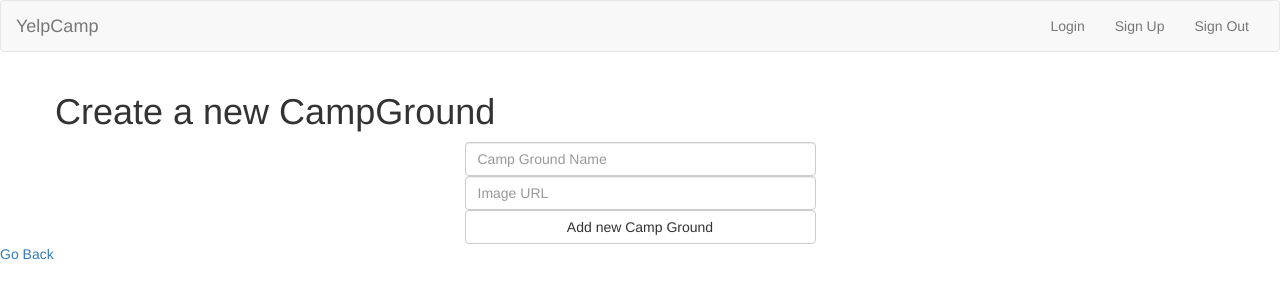
Repository: KMurphs/Tutorials
Page: YelpCamp/v1/views/newcampground.ejs
The author's editor kept a record of every edit. The page is drawn from the files as they stood at one moment, then again after the next edit.
The browser window is 1280 px wide. The pictures show the whole page.
The page is served by the project's Node server (YelpCamp/vtemplate/app.js). The template is opened directly, without the code that normally fills it, so the values that code supplies are empty.

Above is the page before.

### Web Development/Udemy - Boot Camp/Code/code/webdevebootcamp - backend/workspace/YelpCamp/v1/views/newcampground.ejs
<% include partials/header %>



<div class='container'>
	<div class='row'>
		<h1>Create a new CampGround</h1>
		<div style='width: 30%; margin: 0 auto;'>
			<form method="POST" action="/campgrounds" >
				<div class='from-group'>
					<input class='form-control' type="text" name="name" placeholder="Camp Ground Name">
				</div>
				<div class='from-group'>

				</div>
				<div class='from-group'>

				</div>

				<input class='form-control'type="text" name="image" placeholder="Image URL">
				<button class='btn btn-large btn-default btn-block'>Add new Camp Ground</button>
			</form>
		</div>
	</div>
</div>

<a href="/campgrounds">Go Back</a>
<% include partials/footer %>

### Web Development/Udemy - Boot Camp/Code/code/webdevebootcamp - backend/workspace/YelpCamp/v1/views/partials/header.ejs
<!DOCTYPE html>
<html>
<head>
	<title>The YelpCamp</title>
	<link rel="stylesheet" href="https://stackpath.bootstrapcdn.com/bootstrap/3.4.1/css/bootstrap.min.css" integrity="sha384-HSMxcRTRxnN+Bdg0JdbxYKrThecOKuH5zCYotlSAcp1+c8xmyTe9GYg1l9a69psu" crossorigin="anonymous">
</head>
<body>

<nav class="navbar navbar-default">
  <div class="container-fluid">
    <!-- Brand and toggle get grouped for better mobile display -->
    <div class="navbar-header">
      <a class="navbar-brand" href="/">YelpCamp</a>
    </div>

    <!-- Collect the nav links, forms, and other content for toggling -->
    <div class="collapse navbar-collapse" id="bs-example-navbar-collapse-1">

      <ul class="nav navbar-nav navbar-right">
        <li><a href="/">Login</a></li>
        <li><a href="/">Sign Up</a></li>
        <li><a href="/">Sign Out</a></li>
      </ul>
    </div><!-- /.navbar-collapse -->
  </div><!-- /.container-fluid -->
</nav>

### Web Development/Udemy - Boot Camp/Code/code/webdevebootcamp - backend/workspace/YelpCamp/v1/views/partials/footer.ejs
<!--<div>TradeMark YelpCamp 2019</div>-->
</body>
</html>

### Web Development/Udemy - Boot Camp/Code/code/webdevebootcamp - backend/workspace/YelpCamp/vtemplate/app.js
// Setting up the enviroment
var express = require("express");
var bodyParser = require("body-parser");
var request = require('request');
var helpDebug = true;

var app = express();
app.set('view engine', 'ejs');
app.use(express.static(__dirname + '/public'));
app.use(bodyParser.urlencoded({extended: true}));


//////////////Server Routes


//Home Page GET request route
app.get('/', function(req, res){
    if(helpDebug)console.log('A GET Request to the Home Page was just made to the server');
    res.render('home');
});


//Catch all route, default route for unhandled GET requests
app.get('*', function(req, res){
    if(helpDebug)console.log('An unhandled GET Request was just made to the server');
    res.render('default');
});



/////////////Starting the server
app.listen(process.env.PORT, process.env.IP, function(){
   console.log('YelpCamp Server has started!');
});

After the next edit:
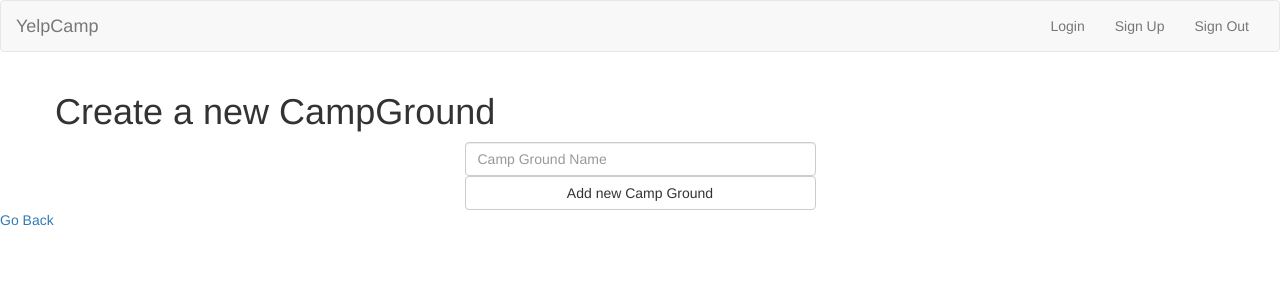
The edit:
--- a/Web Development/Udemy - Boot Camp/Code/code/webdevebootcamp - backend/workspace/YelpCamp/v1/views/newcampground.ejs
+++ b/Web Development/Udemy - Boot Camp/Code/code/webdevebootcamp - backend/workspace/YelpCamp/v1/views/newcampground.ejs
@@ -17,7 +17,7 @@
 
 				</div>
 
-				<input class='form-control'type="text" name="image" placeholder="Image URL">
+
 				<button class='btn btn-large btn-default btn-block'>Add new Camp Ground</button>
 			</form>
 		</div>

After the edit that followed:
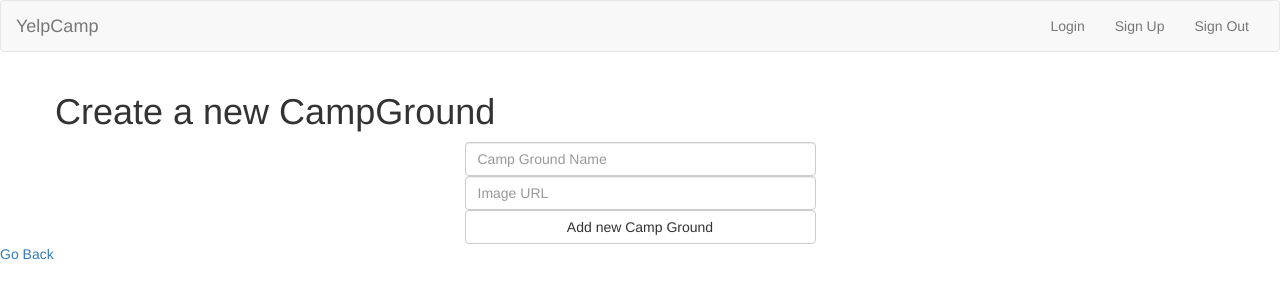
The edit:
--- a/Web Development/Udemy - Boot Camp/Code/code/webdevebootcamp - backend/workspace/YelpCamp/v1/views/newcampground.ejs
+++ b/Web Development/Udemy - Boot Camp/Code/code/webdevebootcamp - backend/workspace/YelpCamp/v1/views/newcampground.ejs
@@ -11,7 +11,7 @@
 					<input class='form-control' type="text" name="name" placeholder="Camp Ground Name">
 				</div>
 				<div class='from-group'>
-
+					<input class='form-control'type="text" name="image" placeholder="Image URL">
 				</div>
 				<div class='from-group'>
 
